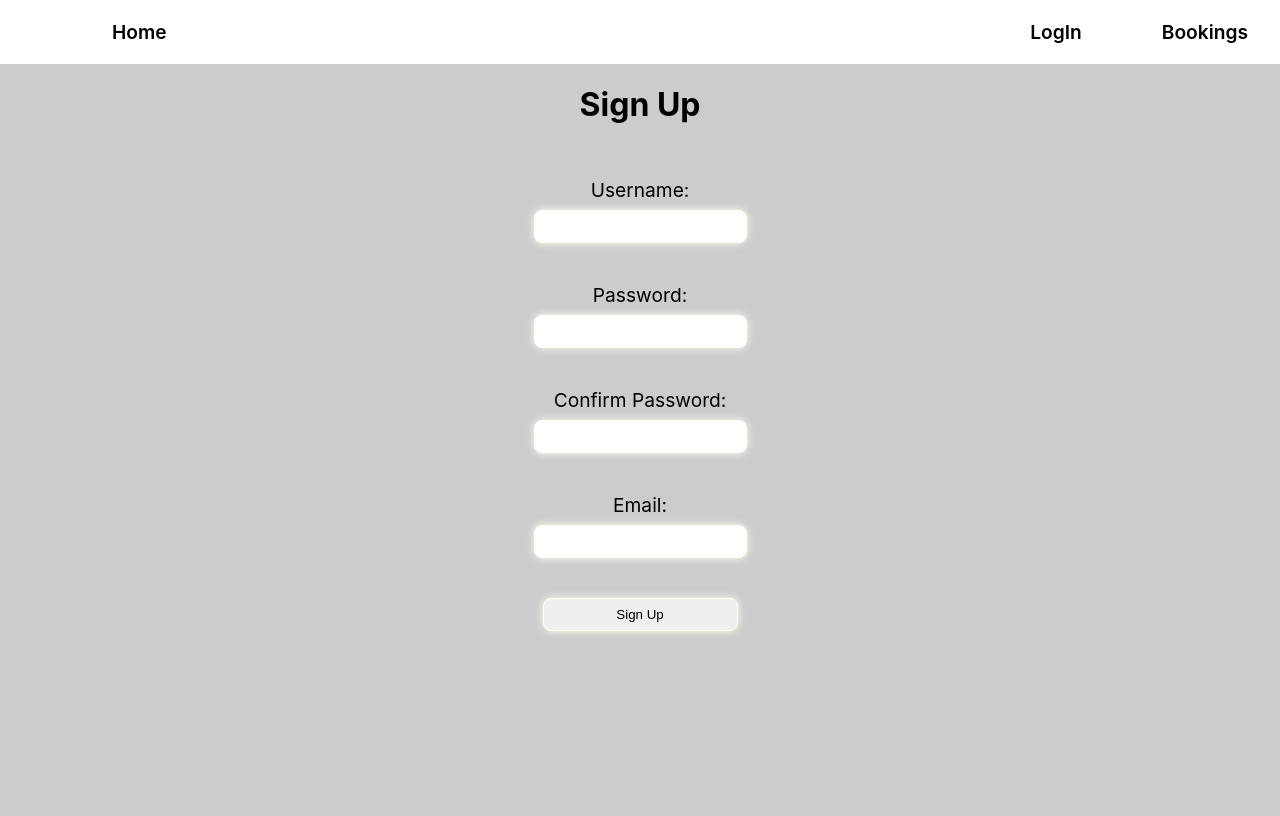
Repository: MikkyPrestige/fake-user-authentication
Page: /signUp
The author's editor kept a copy of each file at every save. The page is drawn from the files as they stood at one save, then again after the next save.
The browser window is 1280 px wide. The pictures show the whole page.
The pointer rests on the first visible `.signUp__btn`.
The project was rebuilt for these pictures with package versions that can differ from the ones it lists, and the page was loaded fresh each time. Also part of the build but not shown: src/assets/styles/home.css, src/components/home.jsx, src/assets/styles/booking.css, src/components/booking.jsx, src/components/fallBack.jsx, src/assets/styles/error.css, src/components/error.jsx, src/assets/styles/login.css and 3 more.

Above is the page before, as saved 2022-11-24 18:29:46.

After the next save:
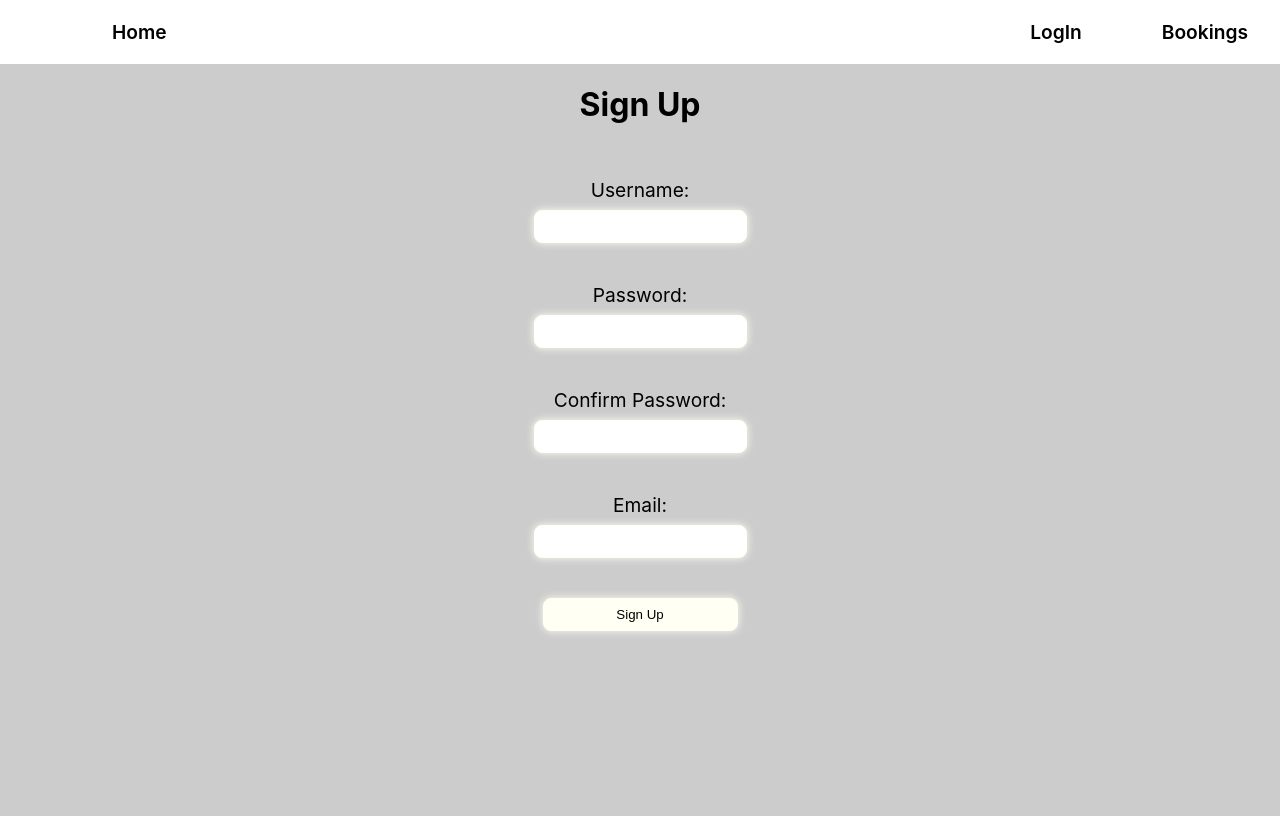
Saved 11 s later.
--- a/src/assets/styles/signUp.css
+++ b/src/assets/styles/signUp.css
@@ -49,3 +49,8 @@
     border-radius: 0.5rem;
     box-shadow: 0 0 0.5rem #FFFFF3;
 }
+
+.signUp__btn:hover {
+    background-color: #FFFFF3;
+    cursor: pointer;
+}
